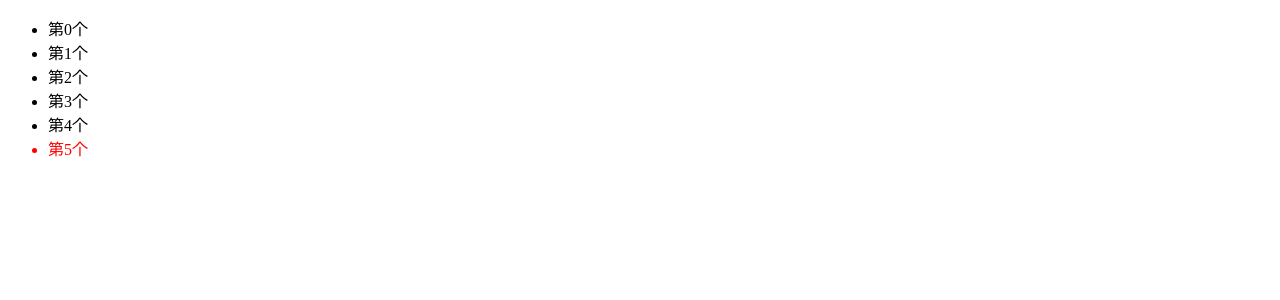
Repository: Romic77/css-test
Page: 伪类选择器.html
These files come from the project's save history. The page is drawn as it stood at one moment and after the next save; the edit follows.
The browser window is 1280 px wide. The pictures show the whole page.

Above is the page before, as saved 2022-09-02 21:35:00.

### 伪类选择器.html
<!DOCTYPE html>
<html lang="en">

<head>
    <meta charset="UTF-8">
    <meta http-equiv="X-UA-Compatible" content="IE=edge">
    <meta name="viewport" content="width=device-width, initial-scale=1.0">
    <title>Document</title>
    <style>
        /* 伪类(不存在的类)迎来描述一个元素的特殊状态
                比如:第一个元素 被点击的元素 鼠标移入的元素]
                伪类都是以:开头
                :first-child  第一个子元素
                :last-child 最后一个子元素
                :nth-child(n) 选中第N个子元素
                    特殊值:
                        n 所有元素
                        2n或even  偶数
                        2n+1或odd 奇数
                - 这些伪类是根据所有的子元素进行排序

                :first-of-type
                :last-of-type
                :nth-of-type(n)
                - 同类型元素中进行排序
            */
        /* ul>li:nth-child(2) {
            color: red;
        } */

        ul>li:nth-last-of-type(1) {
            color: red;
        }
    </style>
</head>

<body>
    <ul>
        <li>第0个</li>
        <li>第1个</li>
        <li>第2个</li>
        <li>第3个</li>
        <li>第4个</li>
        <li>第5个</li>
    </ul>
</body>

</html>

After the next save:
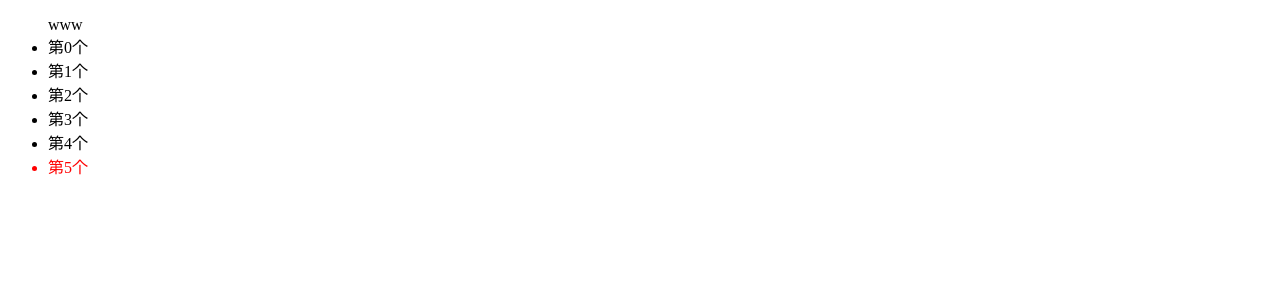
Saved 20 s later.
--- a/伪类选择器.html
+++ b/伪类选择器.html
@@ -36,6 +36,7 @@
 
 <body>
     <ul>
+        <span>www</span>
         <li>第0个</li>
         <li>第1个</li>
         <li>第2个</li>
